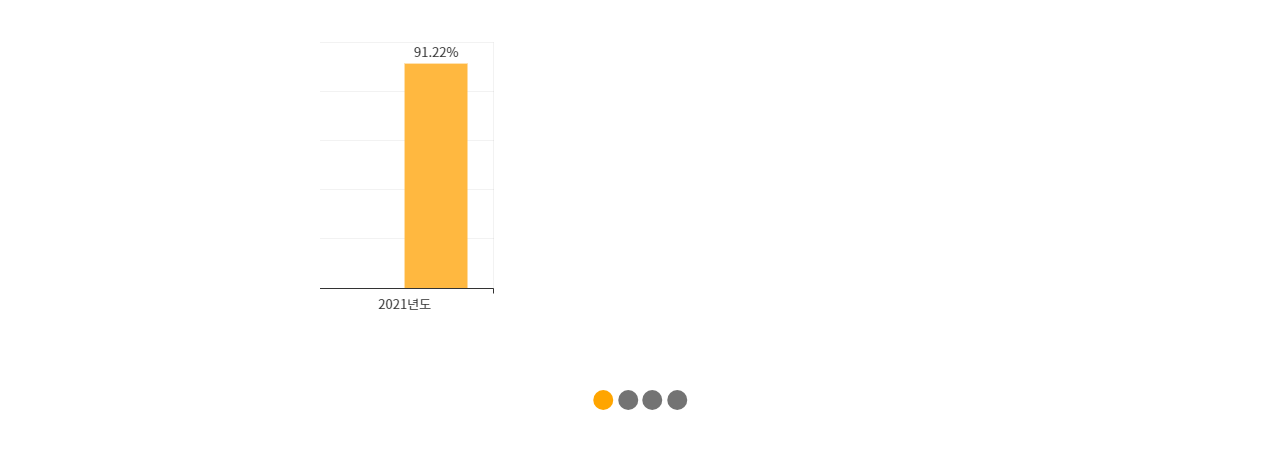
Repository: JavaJin96/kr.or.ddit.HighJava
Page: http://localhost/TeamProjectDCUM/work_psj/iframe_psj/getwork.jsp
The author's editor kept a copy of each file at every save. The page is drawn from the files as they stood at one save, then again after the next save.
The browser window is 1280 px wide. The pictures show the whole page.
The page is served by Tomcat 9. Other server files are loaded and not shown.

Above is the page before, as saved 2022-02-16 00:56:22.

### 3.Highjava/workspace/TeamProjectDCUM/WebContent/work_psj/iframe_psj/getwork.jsp
<%@ page language="java" contentType="text/html; charset=UTF-8"
    pageEncoding="UTF-8"%>
<!DOCTYPE html>
<html>
<head>
<meta charset="UTF-8">
<title>Insert title here</title>
<!-- 카드 -->
<link rel="stylesheet" href="https://cdn.jsdelivr.net/npm/bootstrap@4.6.1/dist/css/bootstrap.min.css">
<script src="https://cdn.jsdelivr.net/npm/jquery@3.5.1/dist/jquery.slim.min.js"></script>
<script src="https://cdn.jsdelivr.net/npm/popper.js@1.16.1/dist/umd/popper.min.js"></script>
<script src="https://cdn.jsdelivr.net/npm/bootstrap@4.6.1/dist/js/bootstrap.bundle.min.js"></script>
<style>
/*---------------------- 슬라이드 ----------------------------*/
.slider{
    width: 640px;
    height: 400px;
    position: relative;
    margin: 3% auto;
    overflow: hidden; /* 현재 슬라이드 오른쪽에 위치한 나머지 슬라이드 들이 보이지 않도록 가림 */
/*     text-align: center; */
	display: flex;
}
.slider input[type=radio]{
    display: none;
}
.imgs{
	width : 500px;
    height : 400px;
}

ul.imgs{
    padding: 0;
    margin: 0;
    list-style: none;
}
ul.imgs li{
    position: absolute;
    left: 640px;
    transition-delay: 1s; /* 새 슬라이드가 이동해 오는 동안 이전 슬라이드 이미지가 배경이 보이도록 지연 */
    padding: 0;
    margin: 0;
}

.bullets{
    position: absolute;
    left: 50%;
    transform: translateX(-50%);
    bottom: 20px;
    z-index: 2;
}

.bullets label{
    display: inline-block;
    border-radius: 50%;
    background-color: rgba(0,0,0,0.55);
    width: 20px;
    height: 20px;
    cursor: pointer;
}

/* 현재 선택된 불릿 배경 흰색으로 구분 표시 */
.slider input[type=radio]:nth-child(1):checked~.bullets>label:nth-child(1){
    background-color: orange;
}

.slider input[type=radio]:nth-child(2):checked~.bullets>label:nth-child(2){
    background-color: orange;
}

.slider input[type=radio]:nth-child(3):checked~.bullets>label:nth-child(3){
    background-color: orange;
}

.slider input[type=radio]:nth-child(4):checked~.bullets>label:nth-child(4){
    background-color: orange;
}

 .slider input[type=radio]:nth-child(1):checked~ul.imgs>li:nth-child(1){
     left: 0;
     transition: 0.5s;
     z-index:1;
 }

 .slider input[type=radio]:nth-child(2):checked~ul.imgs>li:nth-child(2){
     left: 0;
     transition: 0.5s;
     z-index:1;
 }

 .slider input[type=radio]:nth-child(3):checked~ul.imgs>li:nth-child(3){
     left: 0;
     transition: 0.5s;
     z-index:1;
 }

 .slider input[type=radio]:nth-child(4):checked~ul.imgs>li:nth-child(4){
     left: 0;
     transition: 0.5s;
     z-index:1;
 }

</style>


</head>
<body>

	<div class="slider" targer="ifr">
	    <input type="radio" name="slide" id="slide1" checked>
	    <input type="radio" name="slide" id="slide2">
	    <input type="radio" name="slide" id="slide3">
	    <input type="radio" name="slide" id="slide4">

	    <ul id="imgholder" class="imgs">
	        <li><img src="<%=request.getContextPath()%>/images/main/getwork2.png" targer="ifr"></li>
	        <li><img src="<%=request.getContextPath()%>/images/main/getwork3.PNG" targer="ifr"></li>
	        <li><img src="<%=request.getContextPath()%>/images/main/getwork4.PNG" targer="ifr"></li>
	        <li><img src="<%=request.getContextPath()%>/images/main/getwork5.PNG" targer="ifr" ></li>
	    </ul>

	    <div class="bullets">
	        <label for="slide1">&nbsp;</label>
	        <label for="slide2">&nbsp;</label>
	        <label for="slide3">&nbsp;</label>
	        <label for="slide4">&nbsp;</label>
	    </div>
	</div>


</body>
</html>

After the next save:
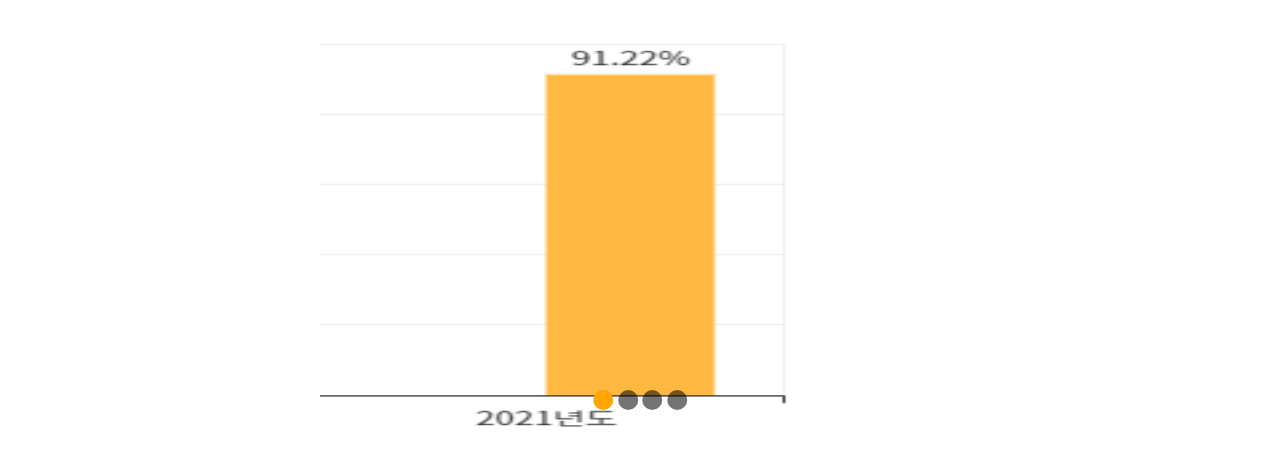
Saved 19 s later.
--- a/3.Highjava/workspace/TeamProjectDCUM/WebContent/work_psj/iframe_psj/getwork.jsp
+++ b/3.Highjava/workspace/TeamProjectDCUM/WebContent/work_psj/iframe_psj/getwork.jsp
@@ -24,7 +24,7 @@
 .slider input[type=radio]{
     display: none;
 }
-.imgs{
+img{
 	width : 500px;
     height : 400px;
 }
